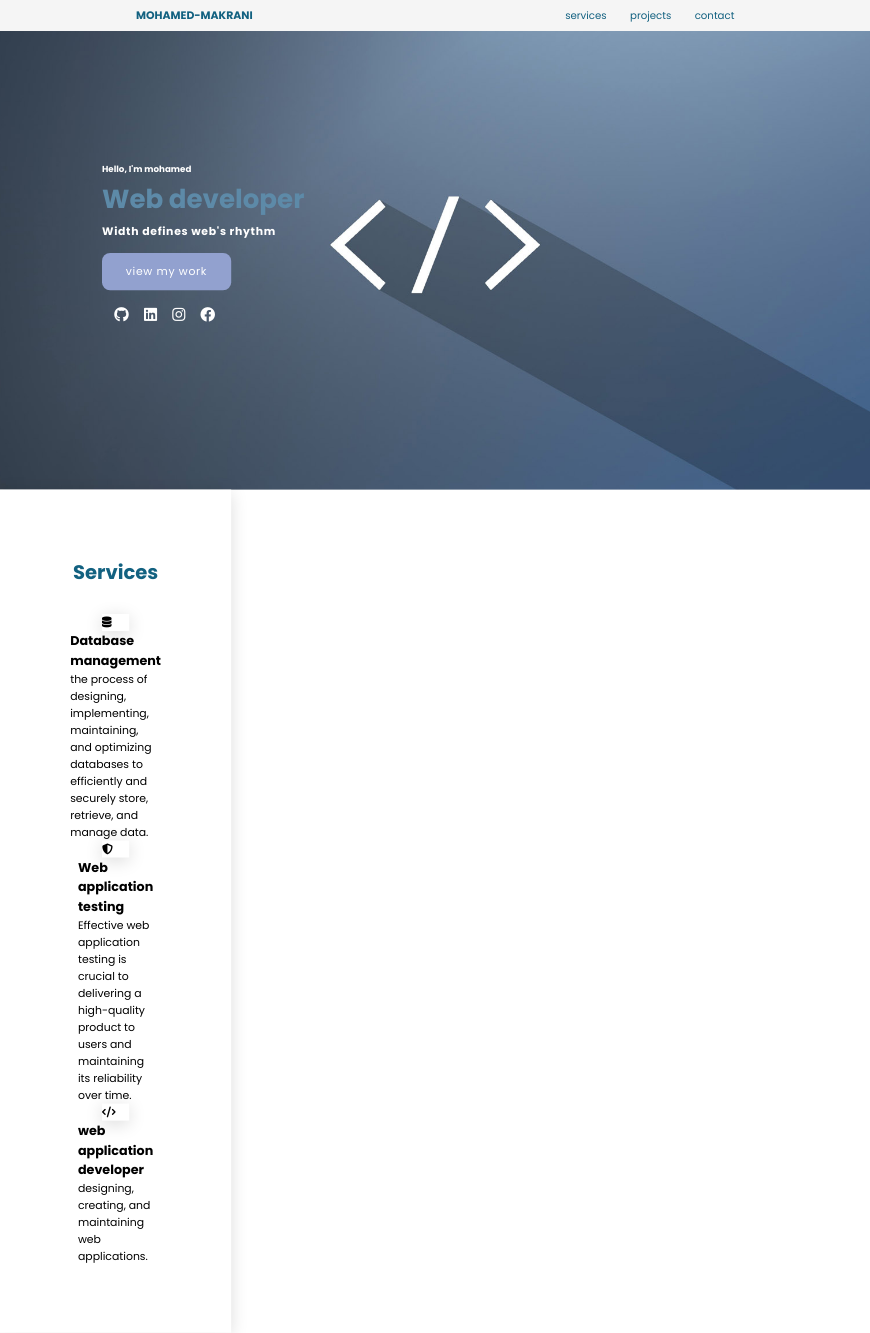
Repository: mohamed-makrani/Portfolio
Page: indixe.html
These files come from the project's save history. The page is drawn as it stood at one moment and after the next save; the edit follows.
The browser window is 1280 px wide. The pictures show the whole page, at 68% of full size.
Backgrounds fixed to the window are drawn as part of the page.

Above is the page before, as saved 2023-09-16 19:26:36.

### indixe.html
<!DOCTYPE html>
<html lang="en">
<head>
    <meta charset="UTF-8">
    <meta name="descreption" content="makrani-mohamed/portfilio"/>
    <title>Mohamed-makrani</title>
    <link rel="stylesheet" href="https://cdnjs.cloudflare.com/ajax/libs/font-awesome/6.4.2/css/all.min.css"/>
    <link  rel="stylesheet" href="style.css" />
</head>
<body>
    <header>
        <a class="logo" href="#" >Mohamed-makrani</a>
        <nav class="navigation">
            <a href="#services" >services</a>
            <a href="#" > projects</a>
            <a href="#"> contact </a>

        </nav>
    </header>
    <section class="main">
        <div>
            <h6>Hello, I'm mohamed </h6>
            <h1>Web developer</h1>
            <h4>Width defines web's rhythm</h4>
        <a href="#" class="main-button">view my work</a>
        <div class="social-media">
            <a href="#" ><i class="fa-brands fa-github"></i></a>
            <a href="#" ><i class="fa-brands fa-linkedin"></i></a>
            <a href="#"><i class="fa-brands fa-instagram"></i></a>
            <a href="#"><i class="fa-brands fa-facebook"></i></a>
        </div>
        </div>
    </section>
    <section class="card" id="services" >
        <h2 class="title">Services</h2>
        <div class="content">
            <div class="card">
                <div class="icon"> <i class="fa-solid fa-database"></i></div>

            </div>
            <div class="info">
                <h3>Database management</h3>
                <p> the process of designing, implementing, maintaining, and optimizing databases to efficiently and securely store, retrieve, and manage data.</p>
            </div>
            <div class="card">
                <div class="icon"><i class="fa-solid fa-shield-halved"></i></i></div>
            </div>
            <div class="info">
                <h3>Web application testing</h3>
                <p> Effective web application testing is crucial to delivering a high-quality product to users and maintaining its reliability over time.</p>
            </div>
            <div class="card">
                <div class="icon"><i class="fa-solid fa-code"></i></div>
            </div>
            <div class="info">
                <h3>web application developer</h3>
                <p> designing, creating, and maintaining web applications.</p>
            </div>




        </div>












    </section>





















</body>
</html>

### style.css
@import url('https://fonts.googleapis.com/css2?family=Poppins:ital,wght@0,200;0,300;0,400;0,500;0,600;0,700;0,800;0,900;1,100;1,200;1,300;1,400;1,500;1,600;1,700;1,800;1,900&display=swap');

*{

    font-family: 'Poppins', sans-serif;
    margin: 0;
    padding: 0;
    box-sizing: border-box;
    scroll-behavior: smooth;
}
 header{

    background-color: #f5f5f5;
    width: 100%;
    position: fixed;
    display: flex;
    z-index: 999;
    justify-content: space-between;
    align-items: center;
    padding: 10px 200px;

 }
 .logo {
    /* default is 16 px */

    text-decoration: none;
    font-size: 16px;
    color: #126180;
    text-transform: uppercase;
    font-weight: 700;
 }
 .navigation a{
    color: #126180;
    font-size: 15px;
    font-weight: 600px;
    text-decoration: none;
    padding-left:  30px;

 }
.navigation a:hover {

color: rgb(83, 15, 146);
}
 section {

   padding: 100px 150px;
 }
 .main{

   width: 100%;
   min-height: 100vh;
   display: flex;
   align-items: center;
   background:url(backround.jpg) no-repeat;
   background-size: cover;
   background-position:center ;
   background-attachment: fixed;

 }
 .main h6 {

   color: white;
   font-weight:500px ;
   font-size: 0.8em;


 }

 .main h1 {

   color:#5d8aa8 ;
   font-size: 2.4em;
   font-weight: 500px;
   margin-top: 6px;
 }
 .main h4 {

   color: white;
   font-size: 1em;
   font-weight: 500px;
   margin-top: 6px;
   margin-bottom: 20px;
   letter-spacing:1px;
 }
.main-button {

color : white;
text-decoration: none;
background-color: #92a1cf;
letter-spacing : 1px;
font-size: 1em;
font-weight: 600px;
display: inline-block;
padding: 0.935em 2.187em;
border-radius: 12px;
margin-bottom: 20px;
transition: 0.7s ease;

}
.main-button :hover{
   background-color:#545aa7;
   transform: scale(1.1);
}
.social-media a{

   color: white;
   font-size: 22px;
   padding-left: 18px;

}

.title {

   display: flex;
   justify-content: center;
   color:#126180;
   font-size:1.8em ;
   font-weight: 700px;
   margin-bottom: 40px;
}
.content {
   display:flex;
   justify-content: center;
   flex-direction: row;
   flex-wrap: wrap;
}
.card {
   background-color:white;
   width: 21.25em;
   box-shadow: 0 5px 25px rgba(1 1 1 / 15%);
}

After the next save:
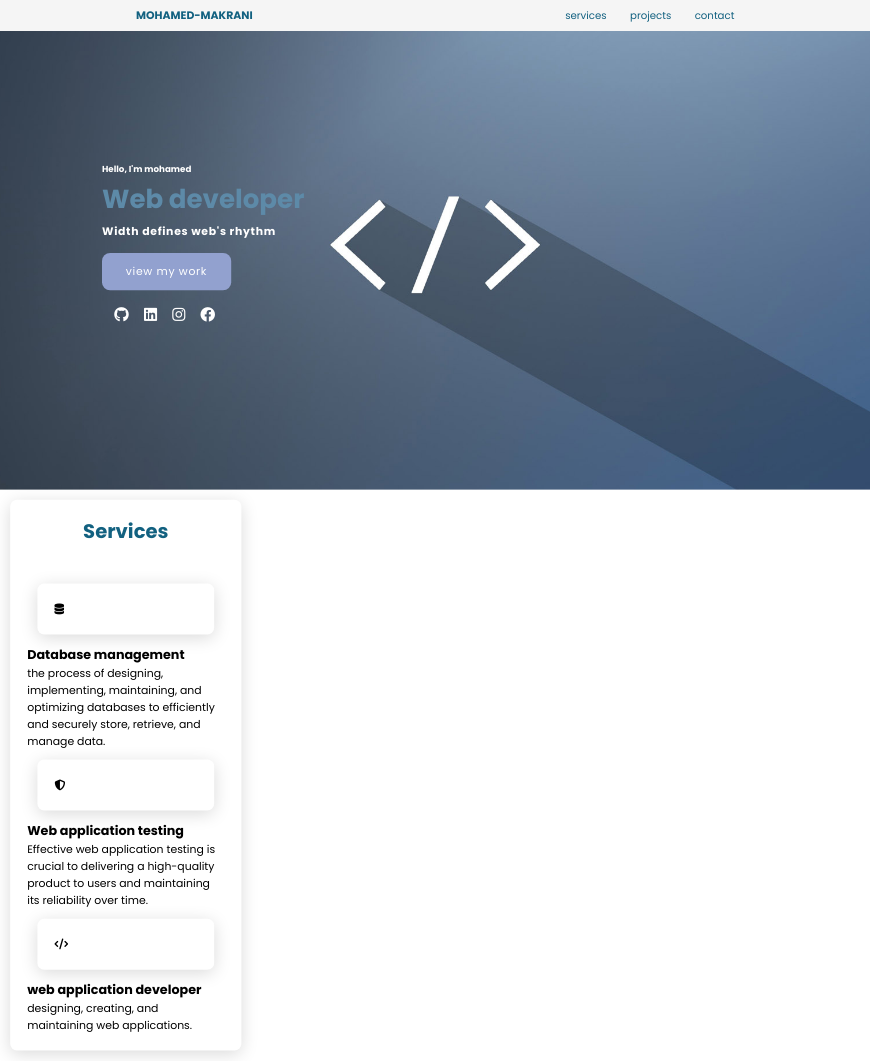
Saved 3 min 34 s later.
--- a/style.css
+++ b/style.css
@@ -128,4 +128,7 @@ transition: 0.7s ease;
    background-color:white;
    width: 21.25em;
    box-shadow: 0 5px 25px rgba(1 1 1 / 15%);
+   border-radius: 10px;
+   padding: 25px;
+   margin: 15px;
 }
